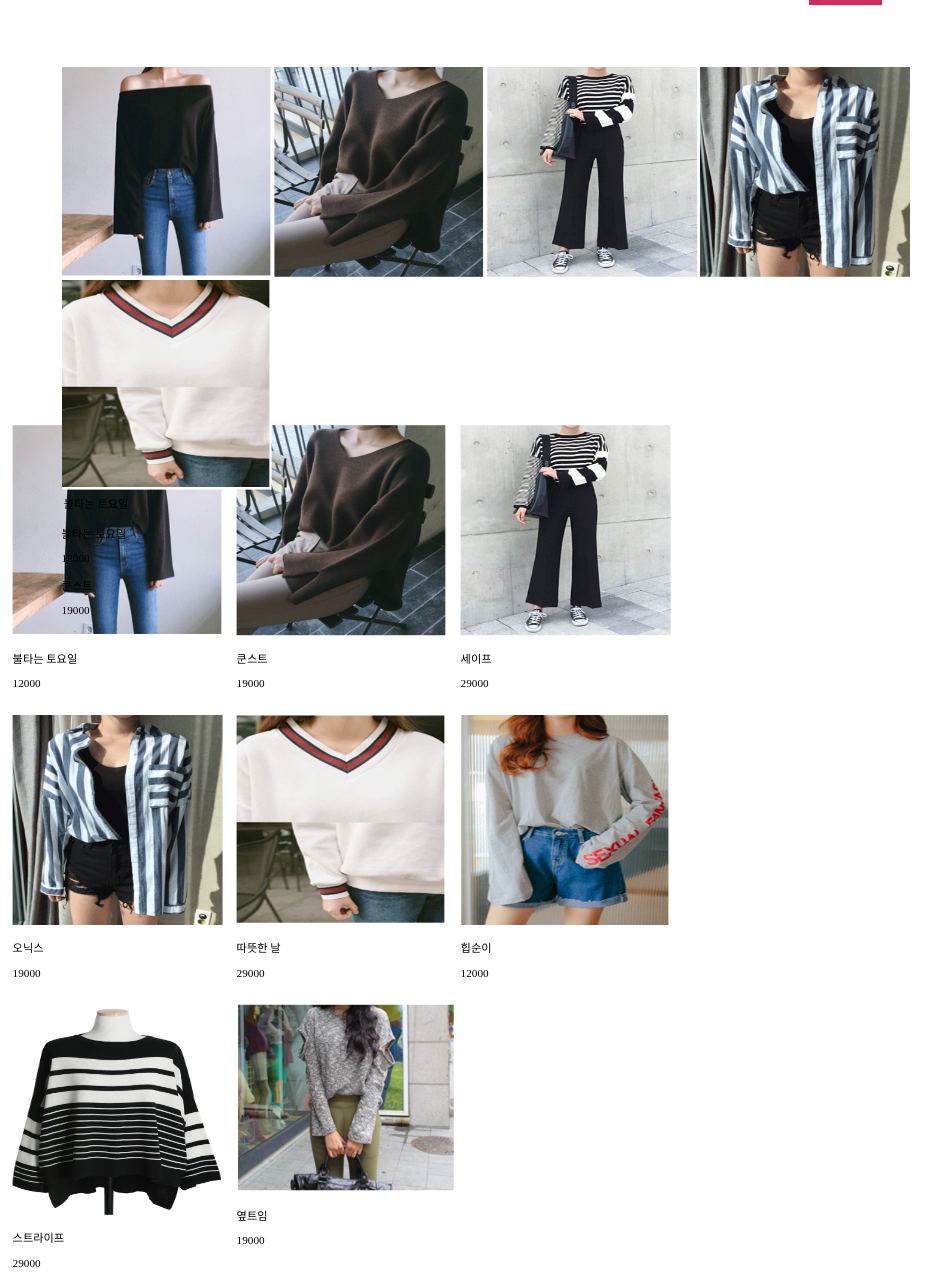
Repository: won0108/Port-Folio
Page: Creating_Homepage/Shopping/WebContent/top.html
These files come from the project's save history. The page is drawn as it stood at one moment and after the next save; the edit follows.
The browser window is 1280 px wide. The page is 1352 px wide, so the pictures cover 1352 px, including what lies to the right of the window. The pictures show the part of the page from y = 698 to 2538 px (the page is 2538 px tall before and 2508 px after), at 70% of full size.

Above is the page before, as saved 2020-12-03 07:25:44.

After the next save:
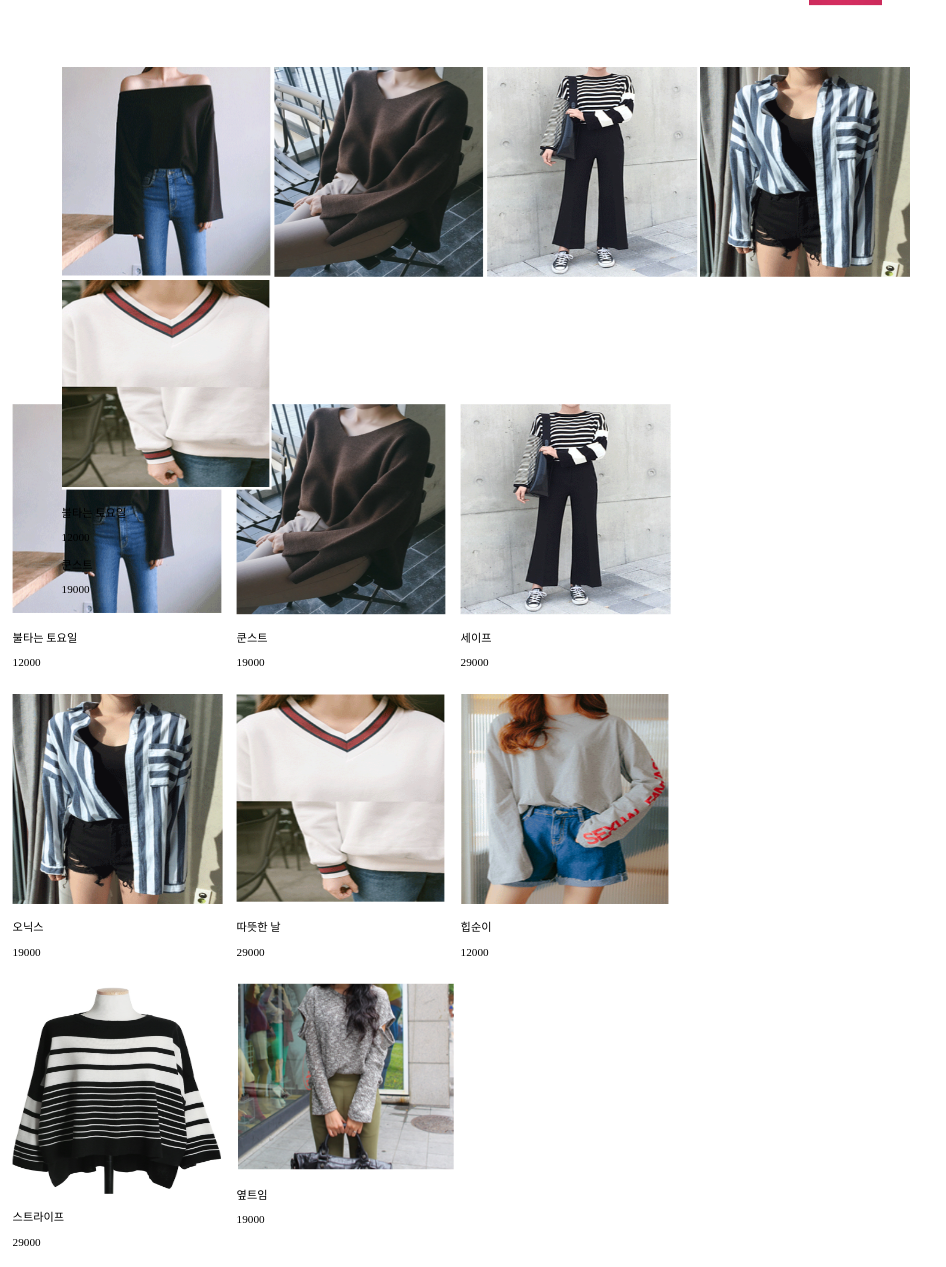
Saved 45 s later.
--- a/Creating_Homepage/Shopping/WebContent/top.html
+++ b/Creating_Homepage/Shopping/WebContent/top.html
@@ -74,13 +74,9 @@
 	<img src="images/티셔츠3.PNG" width="300" height="300">
 	<img src="images/티셔츠4.PNG" width="300" height="300">
 	<img src="images/티셔츠5.PNG" width="300" height="300">
-	<table>
-		<tr>
-			<td>불타는 토요일</td>
-		</tr>
-	</table>
+
    	<p>불타는 토요일</p>
-   	<p ">12000</p>
+   	<p>12000</p>
    	<p>쿤스트</p>
    <p>19000</p>
 </div>
